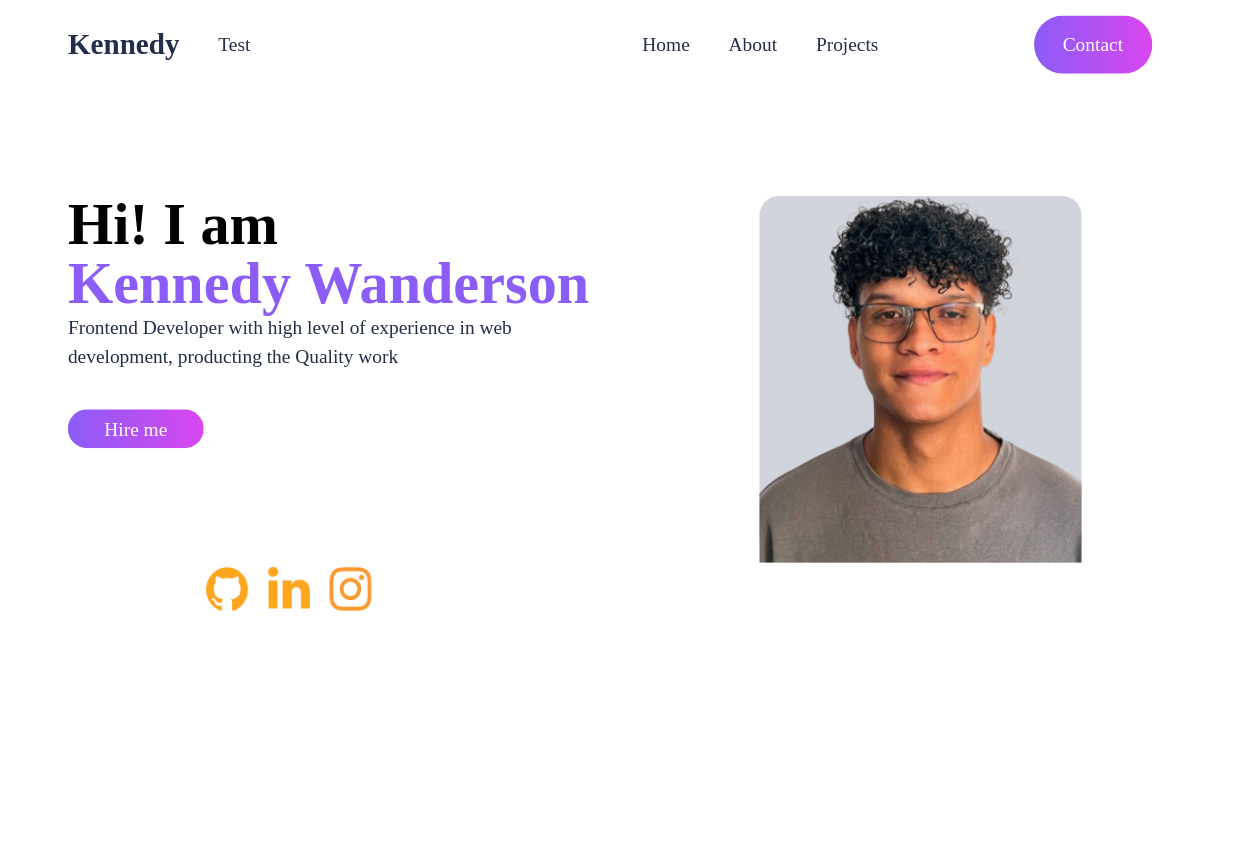
Repository: KennedyWanderson/portfolio
Page: /
These files come from the project's save history. The page is drawn as it stood at one moment and after a run of saves; the edit follows.
The browser window is 1280 px wide. The pictures show the whole page, at 97% of full size.
Some web fonts or font styles are not loaded; a fallback is used. The project was rebuilt for these pictures with package versions that can differ from the ones it lists, and the page was loaded fresh each time.

Above is the page before, as saved 2024-01-17 12:01:59.

### public/index.html
<!DOCTYPE html>
<html lang="en">
  <head>
    <meta charset="utf-8" />
    <link rel="icon" href="%PUBLIC_URL%/favicon.ico" />
    <meta name="viewport" content="width=device-width, initial-scale=1" />
    <meta name="theme-color" content="#000000" />
    <meta
      name="description"
      content="Web site created using create-react-app"
    />

    <style>
      @font-face{
        font-family: Gumela;
        src: url('../src/fonts/*');
      }

      *{
        font-family: 'Gumela';
        font-weight: normal;
        font-size: 20px;
      }
      body{
        margin: 0;
      }
    </style>
    <link rel="apple-touch-icon" href="%PUBLIC_URL%/logo192.png" />
    <!--
      manifest.json provides metadata used when your web app is installed on a
      user's mobile device or desktop. See https://developers.google.com/web/fundamentals/web-app-manifest/
    -->
    <link rel="manifest" href="%PUBLIC_URL%/manifest.json" />
    <!--
      Notice the use of %PUBLIC_URL% in the tags above.
      It will be replaced with the URL of the `public` folder during the build.
      Only files inside the `public` folder can be referenced from the HTML.

      Unlike "/favicon.ico" or "favicon.ico", "%PUBLIC_URL%/favicon.ico" will
      work correctly both with client-side routing and a non-root public URL.
      Learn how to configure a non-root public URL by running `npm run build`.
    -->
    <title>React App</title>
  </head>
  <body>
    <noscript>You need to enable JavaScript to run this app.</noscript>
    <div id="root"></div>
    <!--
      This HTML file is a template.
      If you open it directly in the browser, you will see an empty page.

      You can add webfonts, meta tags, or analytics to this file.
      The build step will place the bundled scripts into the <body> tag.

      To begin the development, run `npm start` or `yarn start`.
      To create a production bundle, use `npm run build` or `yarn build`.
    -->
  </body>
</html>

### src/index.css
@import 'tailwindcss/base';
@import 'tailwindcss/components';
@import 'tailwindcss/utilities';

:root
{
  --yellow: #F5C32C;
    --orange : #FCA61F;
    --black : #242D49;
    --gray : #788097;
    --blueCard : #DDF8FE;
    --purple: rgb(238 210 255);
    --boxShadow : 0px 19px 60px rgb(0 0 0 / 8%);
    --orangeCard: rgba(252, 166, 31, 0.45);
    --smboxShadow: -79px 51px 60px rgba(0, 0, 0, 0.08);
}

.App{
    padding: 0.5rem 3.5rem;
    overflow: hidden;
    color: var(--black);
}

### src/App.js
import logo from './logo.svg';
import './App.css';
import './index.css'
import Navbar from './Components/Navbar/Navbar';
import About from './Components/About/About';

function App() {
  return (
    <div className="App">
      <Navbar />
      <About />
    </div>
  );
}

export default App;

### src/App.css
@import 'tailwindcss/base';
@import 'tailwindcss/components';
@import 'tailwindcss/utilities';

:root
{
  --yellow: #F5C32C;
    --orange : #FCA61F;
    --black : #242D49;
    --gray : #788097;
    --blueCard : #DDF8FE;
    --purple: rgb(238 210 255);
    --boxShadow : 0px 19px 60px rgb(0 0 0 / 8%);
    --orangeCard: rgba(252, 166, 31, 0.45);
    --smboxShadow: -79px 51px 60px rgba(0, 0, 0, 0.08);
}

.App{
    padding: 0.5rem 3.5rem;
    overflow: hidden;
    color: var(--black);
}

.button{
  border-radius: 34px;
  border: none;
  color: white;
  font-size: 16px;
  padding: 10px;
}

### src/Components/Navbar/Navbar.jsx
import React from "react";

const Navbar = () => {
    return(             //h-screen
        <div className="h-[10vh] flex justify-between">
            <div className="flex-1 flex items-center gap-8">
                <div className="text-2xl font-bold">Kennedy</div>
                <span>Test</span>
            </div>
            <div className="flex flex-1 items-center justify-center font-normal">
                <div className="flex-grow-10">
                    <ul className="flex gap-8 mr-32 hover:cursor-grab">
                        <li className="hover:text-orange-500">Home</li>
                        <li className="hover:text-orange-500">About</li>
                        <li className="hover:text-orange-500">Projects</li>
                    </ul>
                </div>
                <button className=" rounded-3xl	border-none	text-white text-base pt-3 p-3 pr-6 pl-6 bg-gradient-to-r from-violet-500 to-fuchsia-500
                hover:cursor-grab bg-white hover:text-orange-500
                ">Contact</button>
            </div>
        </div>
    )
}

export default Navbar;

### src/Components/About/About.jsx
import React from "react";
import Github from '../../img/github.png'
import Instagram from '../../img/instagram.png'
import Linkedin from '../../img/linkedin.png'
import Profile from '../../img/eu.png'
import Vector1 from '../../img/Vector1.png'
import Vector2 from '../../img/Vector2.png'



const About = () => {
    return (
        <div className="flex h-[77vh] my-24">
            <div className="flex flex-col relative flex-1 gap-8">
                <div className="flex flex-col">
                    <span className="text-black font-bold text-5xl">Hi! I am</span>
                    <span className="text-violet-500 font-bold text-5xl">Kennedy Wanderson</span>
                    <span>Frontend Developer with high level of experience
                        in web development, producting the Quality work                   </span>
                </div>
                <button className="rounded-3xl	border-none	text-white text-base pt-3 p-3 pr-6 pl-6 bg-gradient-to-r from-violet-500 to-fuchsia-500
                hover:cursor-grab bg-white hover:text-orange-500 w-28 h-8 flex justify-center items-center">Hire me</button>
                <div className="mt-12 flex gap-8 scale-50 hover:cursor-grab">
                    <a href="https://github.com/KennedyWanderson">
                        <img src={Github} alt="" />
                    </a>
                    <a href="https://www.linkedin.com/in/kennedy-wanderson/">
                        <img src={Linkedin} alt="" />
                    </a>
                    <a href="https://www.instagram.com/_dev.kennedy/">
                        <img src={Instagram} alt="" />
                    </a>
                </div>
            </div>
            <div className="flex-1 relative">
                <div className="z-[1] absolute bg-gray-300 rounded-2xl left-1/4 ">
                    <img className="scale-145 " src={Profile} alt="" />
                </div>
            </div>
        </div>
    )
}

export default About;

### src/Components/Services/Services.jsx
import React from "react";
import HeartEmoji from '../../img/heartemoji.png'
import Glasses from '../../img/glassesimoji.png'
import Humble from '../../img/humble.png'

const Services = () => {
    return(
        <div>
            <div>
                <span>My Awesome</span>
                <span>services</span>
                <spane>Lorem ispum is simpley dummy text of printing of printing Lorem

                <br />
                ispum is simpley dummy text of printing
                </spane>
                <button className="rounded-3xl	border-none	text-white text-base pt-3 p-3 pr-6 pl-6 bg-gradient-to-r from-violet-500 to-fuchsia-500
                hover:cursor-grab bg-white hover:text-orange-500">Download CV</button>
            </div>
            <div>

            </div>
        </div>
    )
}

Loaded but not shown: src/index.js (common file); src/reportWebVitals.js (common file); tailwind.config.js (common file)

After the next 8 saves:
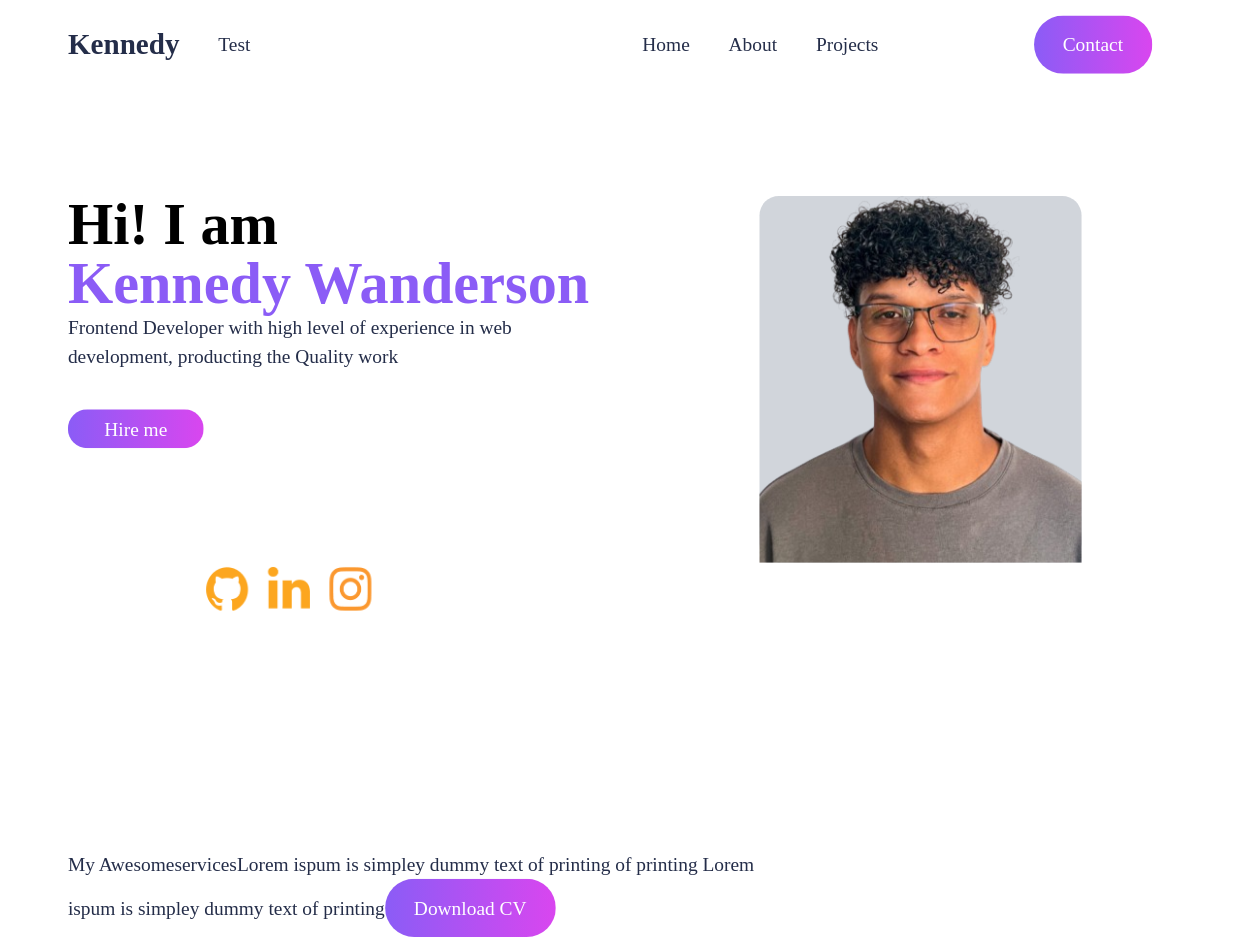
The 8 saves are shown as one change because 4 did not build or start and some came seconds apart.
The last was saved 39 s later.
--- a/src/App.js
+++ b/src/App.js
@@ -3,12 +3,14 @@ import './App.css';
 import './index.css'
 import Navbar from './Components/Navbar/Navbar';
 import About from './Components/About/About';
+import Services from './Components/Services/Services';
 
 function App() {
   return (
     <div className="App">
       <Navbar />
       <About />
+      <Services />
     </div>
   );
 }
--- a/src/Components/Services/Services.jsx
+++ b/src/Components/Services/Services.jsx
@@ -23,3 +23,5 @@ const Services = () => {
         </div>
     )
 }
+
+export default Services;
